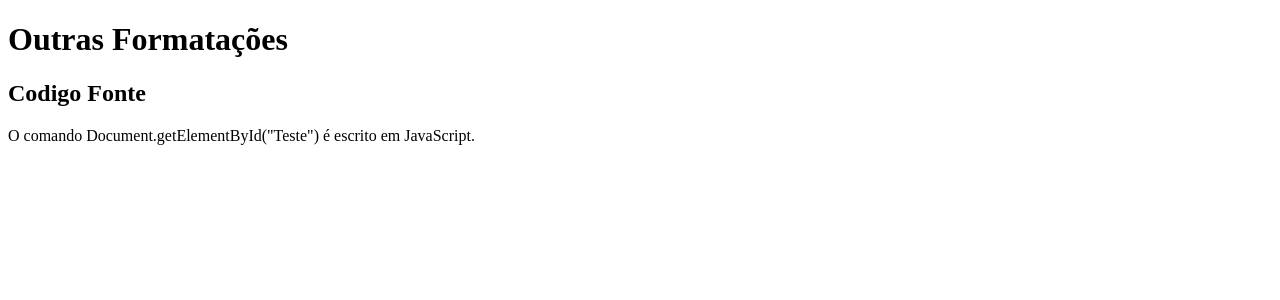
Repository: Guillermomarcon/exercicios
Page: ex009/index.html
An editor plug-in stored every save of this project. The page is shown before and after the next save, followed by the edit.
The browser window is 1280 px wide. The pictures show the whole page.

Above is the page before, as saved 2020-12-10 01:20:55.

After the next save:
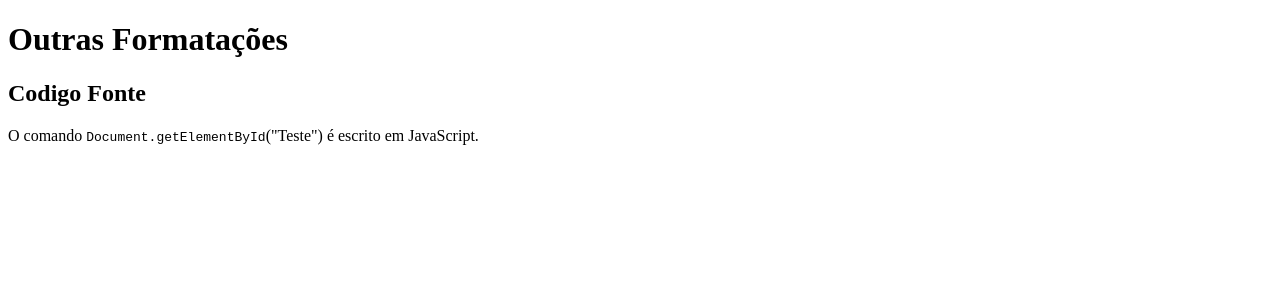
Saved 55 s later.
--- a/ex009/index.html
+++ b/ex009/index.html
@@ -8,7 +8,7 @@
 <body>
     <h1>Outras Formatações</h1>
     <h2>Codigo Fonte</h2>
-    <p>O comando Document.getElementById("Teste") é escrito em JavaScript.</p>
+    <p>O comando <code>Document.getElementById</code>("Teste") é escrito em JavaScript.</p>
 
 
 </body>
